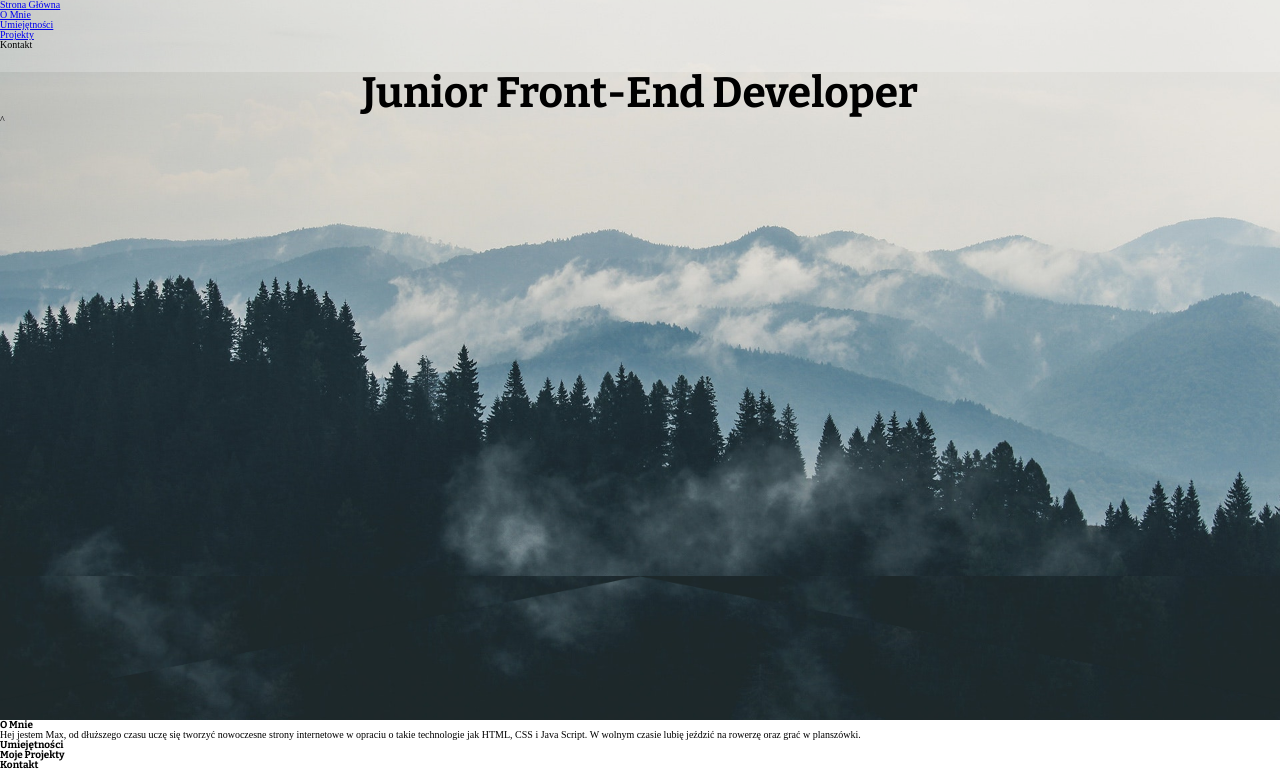
Repository: Maxs777/wizytowka
Page: index.html
An editor plug-in stored every save of this project. The page is shown before and after a run of saves, followed by the edit.
The browser window is 1280 px wide. The pictures show the whole page.

Above is the page before, as saved 2019-03-10 12:40:13.

### index.html
<!DOCTYPE html>
<html lang="pl">
<head>
    <meta charset="UTF-8">
    <meta name="viewport" content="width=device-width, initial-scale=1.0">
    <meta http-equiv="X-UA-Compatible" content="ie=edge">
    <link rel="stylesheet" href="_css/style.css">
    <title>Strona-wizytówka</title>
    <meta name="description" content="Jest to moja pierwsza strona-wizytówka">
    <meta name="author" content="Maksymilian Suchocki">
    <link href="https://fonts.googleapis.com/css?family=Bitter:400i,700&amp;subset=latin-ext" rel="stylesheet">
    <link rel="stylesheet" href="https://use.fontawesome.com/releases/v5.7.2/css/all.css"
        integrity="sha384-fnmOCqbTlWIlj8LyTjo7mOUStjsKC4pOpQbqyi7RrhN7udi9RwhKkMHpvLbHG9Sr" crossorigin="anonymous">


</head>
<body>
   <div class="container">
       <header>
        <nav>
            <h2 class="hide">Główna Nawigacja</h2>
            <ul>
                <li><a href="#header">Strona Główna</a></li>
                <li><a href="#section1">O Mnie</a></li>
                <li><a href="#section2">Umiejętności</a></li>
                <li><a href="#section3">Projekty</a></li>
                <li><a href="#section4"></a>Kontakt</li>
            </ul>
        </nav>
           <h1>Junior Front-End Developer</h1>
           <div class="wrapper">^</div>
           <div class="downimage"></div>
        </header>
        <main role="main">
            <section id="section1" class="me">
                <h2 class="hide">Informacje o autorze</h2>
                <article class="aboutme">
                    <h2>O Mnie</h2>
                    <p>Hej jestem Max, od dłuższego czasu uczę się tworzyć nowoczesne strony internetowe w opraciu o takie technologie jak HTML, CSS i Java Script. W wolnym czasie lubię jeździć na rowerzę oraz grać w planszówki.</p>
                </article>
                <article class="skills">
                    <h2>Umiejętności</h2>
                </article>
            </section>
            <section id="section3" class="project">
                <h2>Moje Projekty</h2>
            </section>
            <section id="section4" class="contact">
                <h2>Kontakt</h2>
            </section>
        </main>
       <footer>

       </footer>
   </div>
</body>
</html>

### _css/style.css
@import url('reset.css');

:root{
    /* -----------------------------fonts */
    font-size: 62.5%;
    /* font-family: 'Bitter', serif; */

    /*---------------------------- colors */
    --dark-blue-color: #2C3E50;
    --red-color: #E74C3C;
    --white-color: #ECF0F1;
    --main-blue: #3498DB;
    --second-blue: #2980B9;
    /* ---------------------------------- */
}

*,
*::after,
*::before{
    box-sizing: border-box;
}

h1, h2{
    font-family: 'Bitter',
    serif;
}

h1{
    font-size: 4.25rem;
    font-weight: bold;
    text-align: center;
}

nav{
    background-color: rgba(255, 255, 255, .2);
    height: 10vh;
    position: sticky;
    text-decoration: none;


}

.hide{
    position: absolute;
    clip:rect(0px 0px 0px 0px);
    *clip: rect(0 0 0 0);
}

header{
    height: 100vh;
    width: 100vw;
    background: url(../_assets/_img/background.jpg) center / cover;
    /* overflow: hidden; */
}

.downimage{
        background: url(../_assets/_img/background1.png) bottom / cover no-repeat;
        height: 20vh;
        width: 100vw;
        position: absolute;
        top: 80vh;
}

Loaded but not shown: _css/reset.css (common file)

After the next 2 saves:
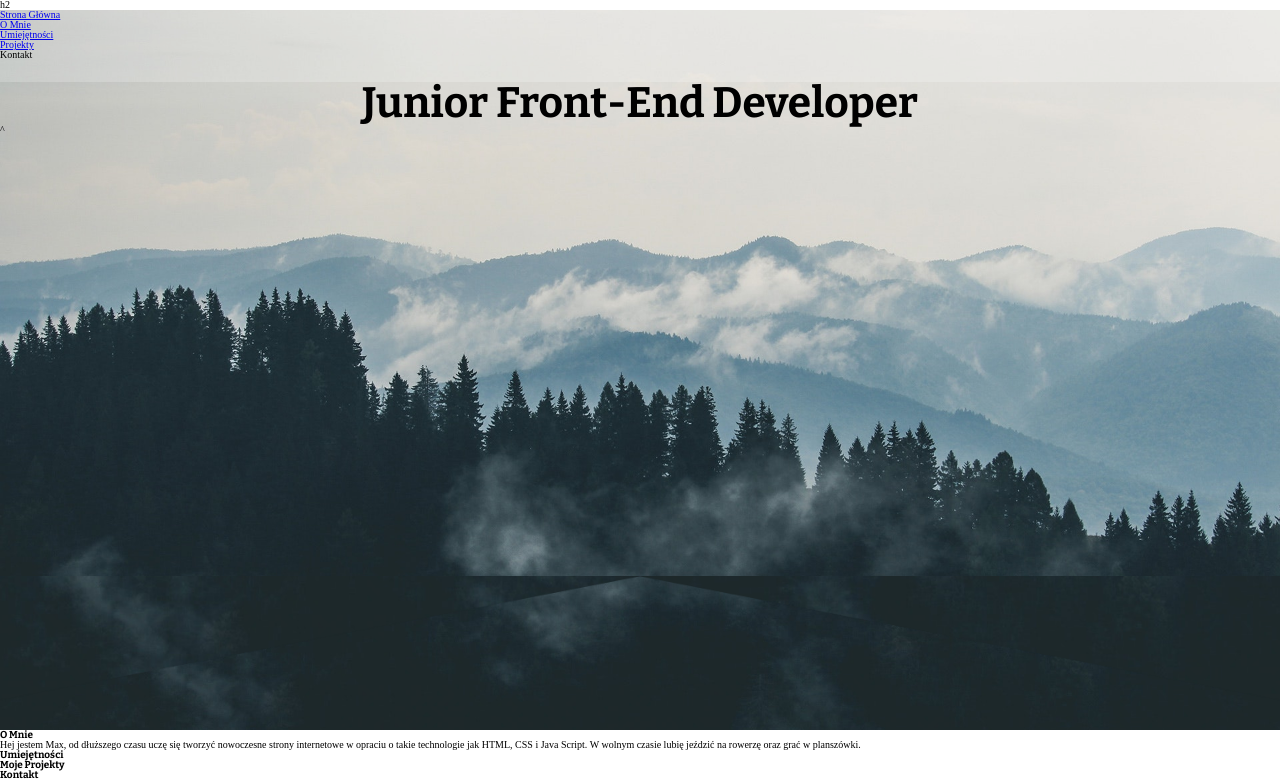
The 2 saves are shown as one change because they came seconds apart.
The last was saved 35 s later.
--- a/index.html
+++ b/index.html
@@ -15,6 +15,7 @@
 
 </head>
 <body>
+    h2
    <div class="container">
        <header>
         <nav>

After the save that followed:
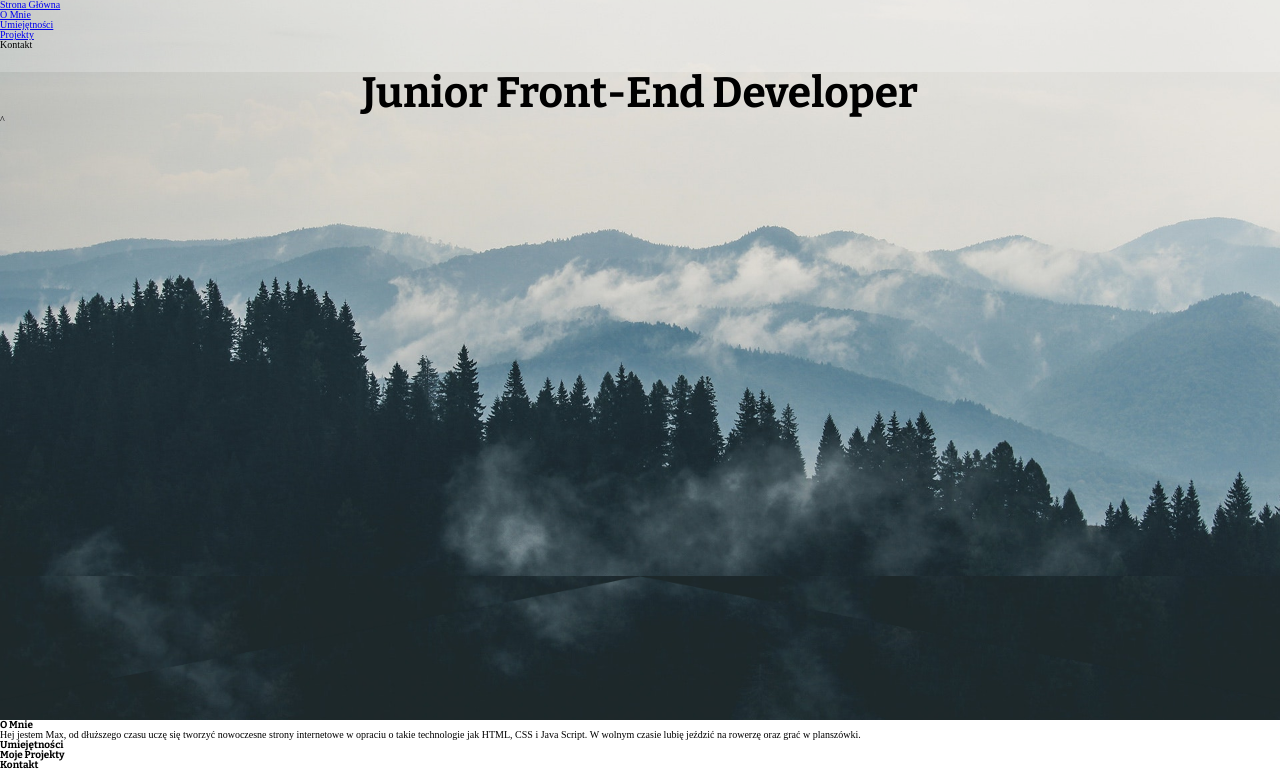
Saved 4 s later.
--- a/index.html
+++ b/index.html
@@ -15,7 +15,7 @@
 
 </head>
 <body>
-    h2
+    <h2 class="hide"></h2>
    <div class="container">
        <header>
         <nav>
